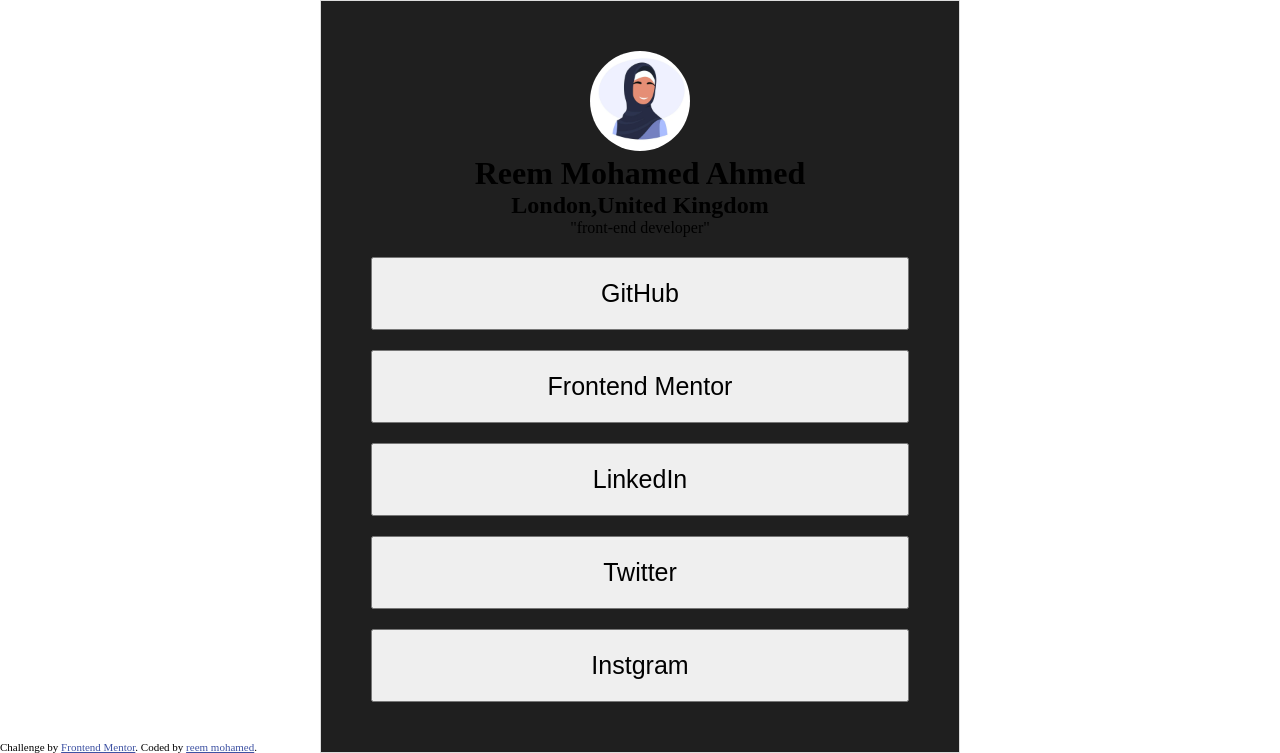
Repository: reemoon-ctrl/social_links_profile_main
Page: index.html
An editor plug-in stored every save of this project. The page is shown before and after the next save, followed by the edit.
The browser window is 1280 px wide. The pictures show the whole page.

Above is the page before, as saved 2024-07-23 10:23:24.

### index.html
<!DOCTYPE html>
<html lang="en">
<head>
  <meta charset="UTF-8">
  <meta name="viewport" content="width=device-width, initial-scale=1.0"> <!-- displays site properly based on user's device -->

  <link rel="icon" type="image/png" sizes="32x32" href="./assets/images/favicon-32x32.png">

  <title>Frontend Mentor | Social links profile</title>

  <!-- Feel free to remove these styles or customise in your own stylesheet 👍 -->
  <style>
    .attribution { font-size: 11px; text-align: center; }
    .attribution a { color: hsl(228, 45%, 44%); }
  </style>
  <link rel="stylesheet" href="index.css"/>
</head>
<body>
  <main>
    <div class="position-container">
      <div class="container">
      <div class="head-container">
      <img src="/depositphotos_668859444-stock-illustration-arab-woman-face-covered-hijab.jpg" alt="person-img">
      <h1>Reem Mohamed Ahmed</h1>
      <h2>London,United Kingdom</h2>
      <p>"front-end developer"</p>
      </div>
      <div class="form-container">
      <button>GitHub</button>
      <button>Frontend Mentor</button>
      <button>LinkedIn</button>
      <button>Twitter</button>
      <button>Instgram</button>
      </div>
    </div>
    </div>
 </main>
 <footer>
    <div class="attribution">
      Challenge by <a href="https://www.frontendmentor.io?ref=challenge" target="_blank">Frontend Mentor</a>.
      Coded by <a href="https://www.frontendmentor.io/reemoon-ctrl">reem mohamed</a>.
    </div>
 </footer>
</body>
</html>

### index.css
*{
    box-sizing: border-box;
    margin:0px;
    padding: 0px;
}

body{
    position: relative;

    min-height: 100vh;

}
.position-container{
    display: flex;
    flex-direction: column;
    border:1px solid #ddd;
    margin :auto;
    width: 50%;
    padding:50px;
    min-height:100vh;
    align-items: center;
    justify-content: center;
    text-align: center;
    background:hsl(0, 0%, 12%);
}

.form-container button{
    font-size: 25px;
    width:100%;
    padding:20px;
}
img{
    width: 100px;
    height: 100px;
    border-radius:70px ;
    margin-bottom: ;
}
button{
    margin-top: 20px;
}
footer{
    position: absolute;
    bottom: 0px;
    margin: auto;
}

After the next save:
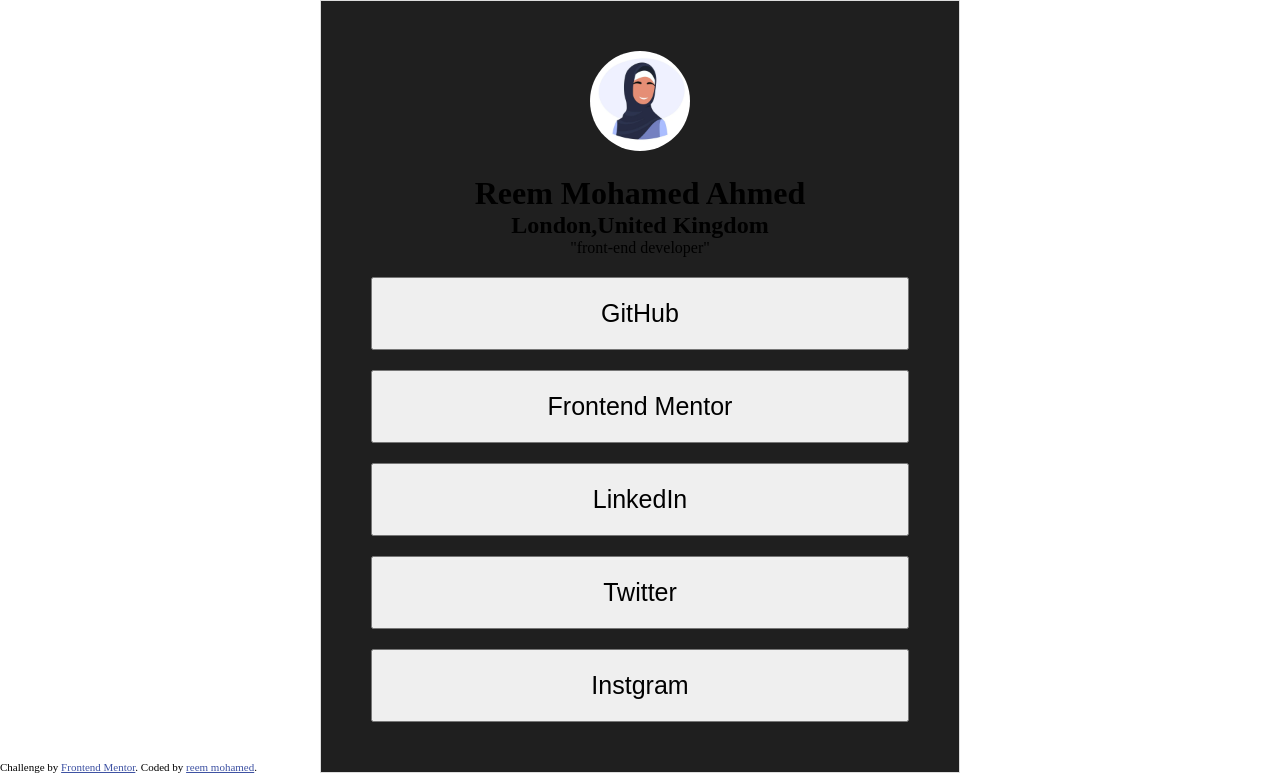
Saved 5 s later.
--- a/index.css
+++ b/index.css
@@ -33,7 +33,7 @@ img{
     width: 100px;
     height: 100px;
     border-radius:70px ;
-    margin-bottom: ;
+    margin-bottom: 20px;
 }
 button{
     margin-top: 20px;
